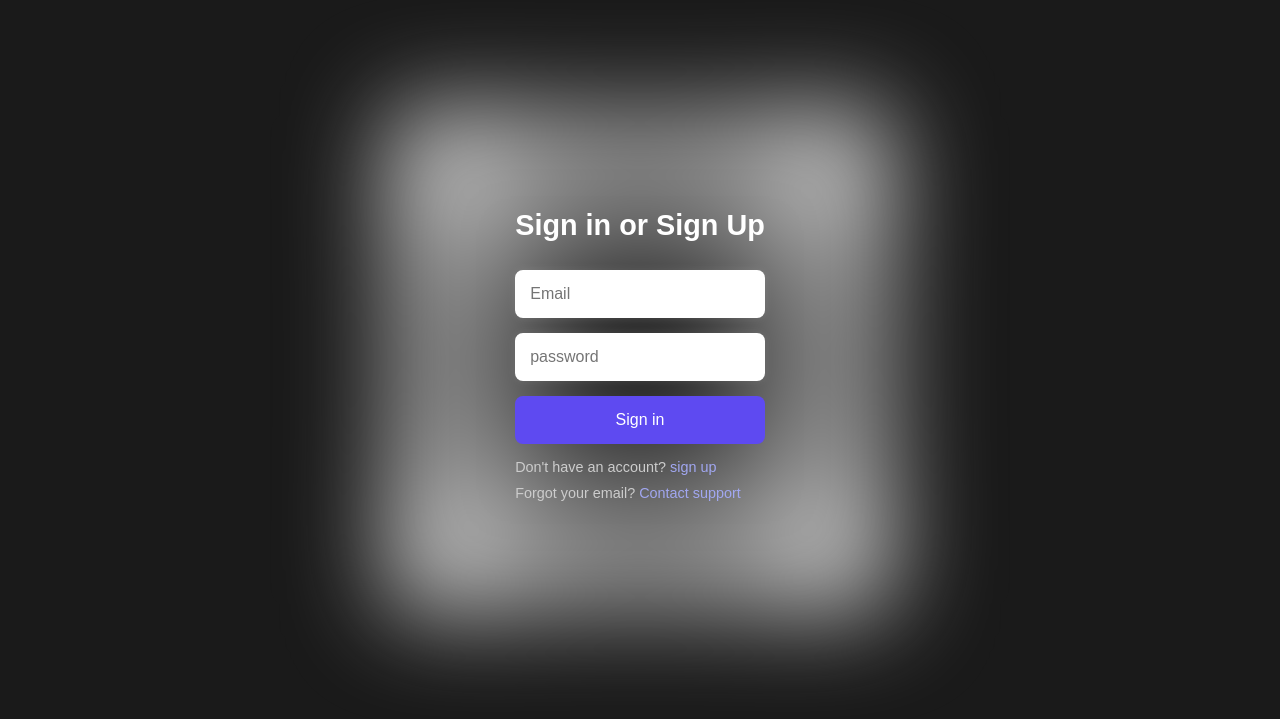
Repository: cmd-keyu/mobileppsh
Page: pages/login.html
These files come from the project's save history. The page is drawn as it stood at one moment and after a run of saves; the edit follows.
The browser window is 1280 px wide. The pictures show the whole page.

Above is the page before, as saved 2024-11-12 00:21:13.

After the next 2 saves:
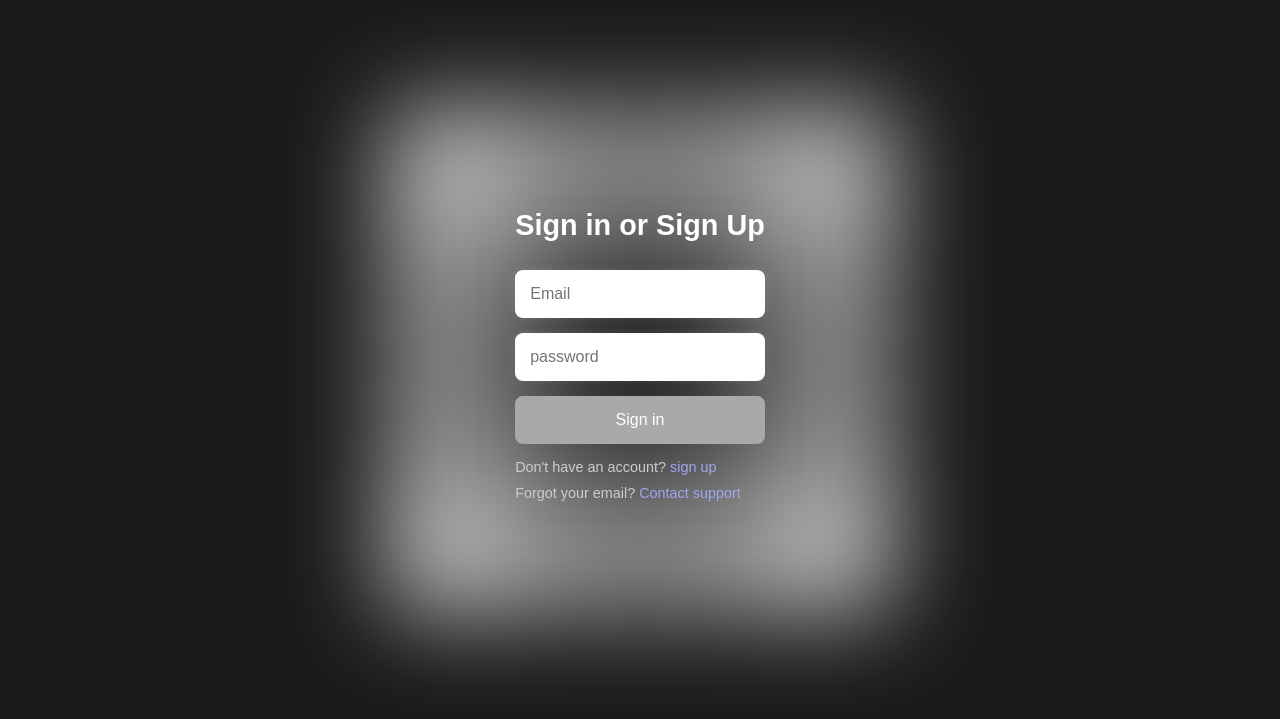
The 2 saves are shown as one change because they came seconds apart.
The last was saved 12 s later.
--- a/css/login.css
+++ b/css/login.css
@@ -88,7 +88,7 @@
   button {
     padding: 15px;
     font-size: 1em;
-    background-color: #5e4af1;
+    background-color: darkgray;
     color: #fff;
     border: none;
     border-radius: 8px;
